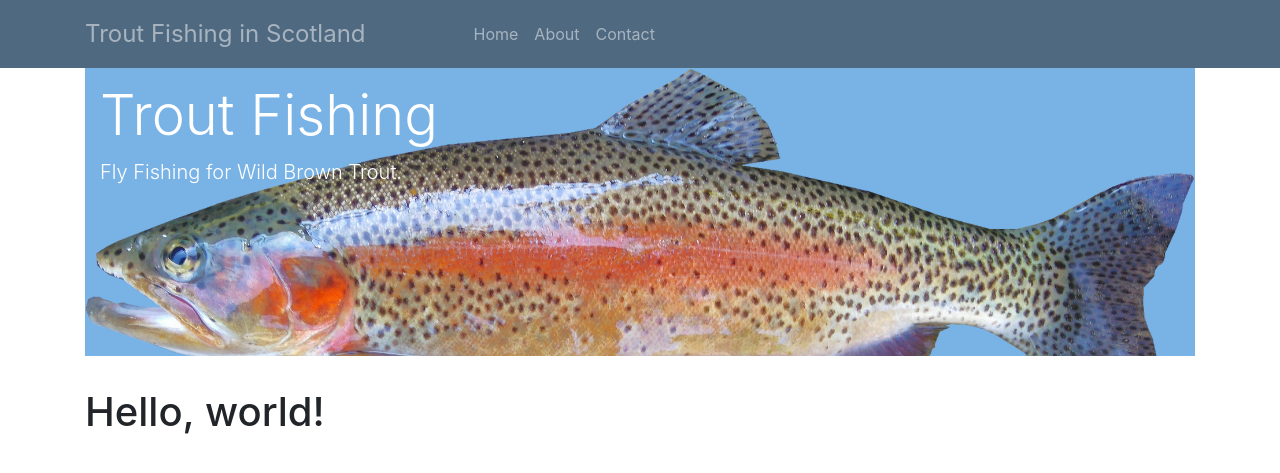
Repository: adrian9211/College_project
Page: about.html
An editor plug-in stored every save of this project. The page is shown before and after the next save, followed by the edit.
The browser window is 1280 px wide. The pictures show the whole page.

Above is the page before, as saved 2020-11-04 07:55:47.

After the next save:
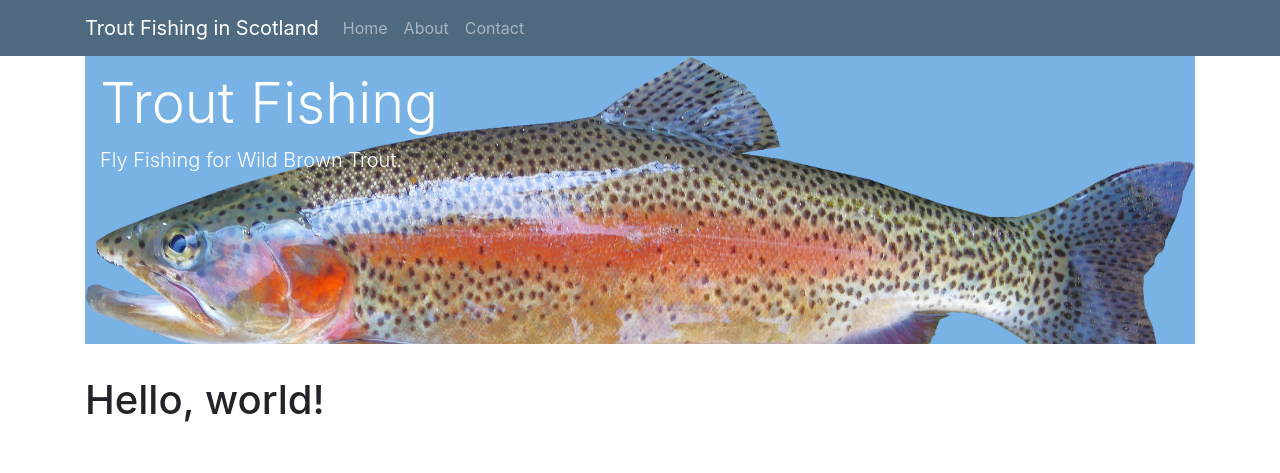
Saved 34 s later.
--- a/about.html
+++ b/about.html
@@ -15,7 +15,7 @@
        <!-- Navigation  bar start -->
        <nav class="navbar navbar-expand-sm navbar-dark sticky-top" role="navigation" id="navbar2" style="background-color: #4F6980;">
         <div class="container">
-          <a href="index.html"><span class="navbar-text">Trout Fishing in Scotland</span></a>
+          <a href="index.html"><span class="navbar-brand">Trout Fishing in Scotland</span></a>
           <button class="navbar-toggler" data-toggle="collapse" data-target="#collapse_target">
             <span class="navbar-toggler-icon"></span>
           </button>
